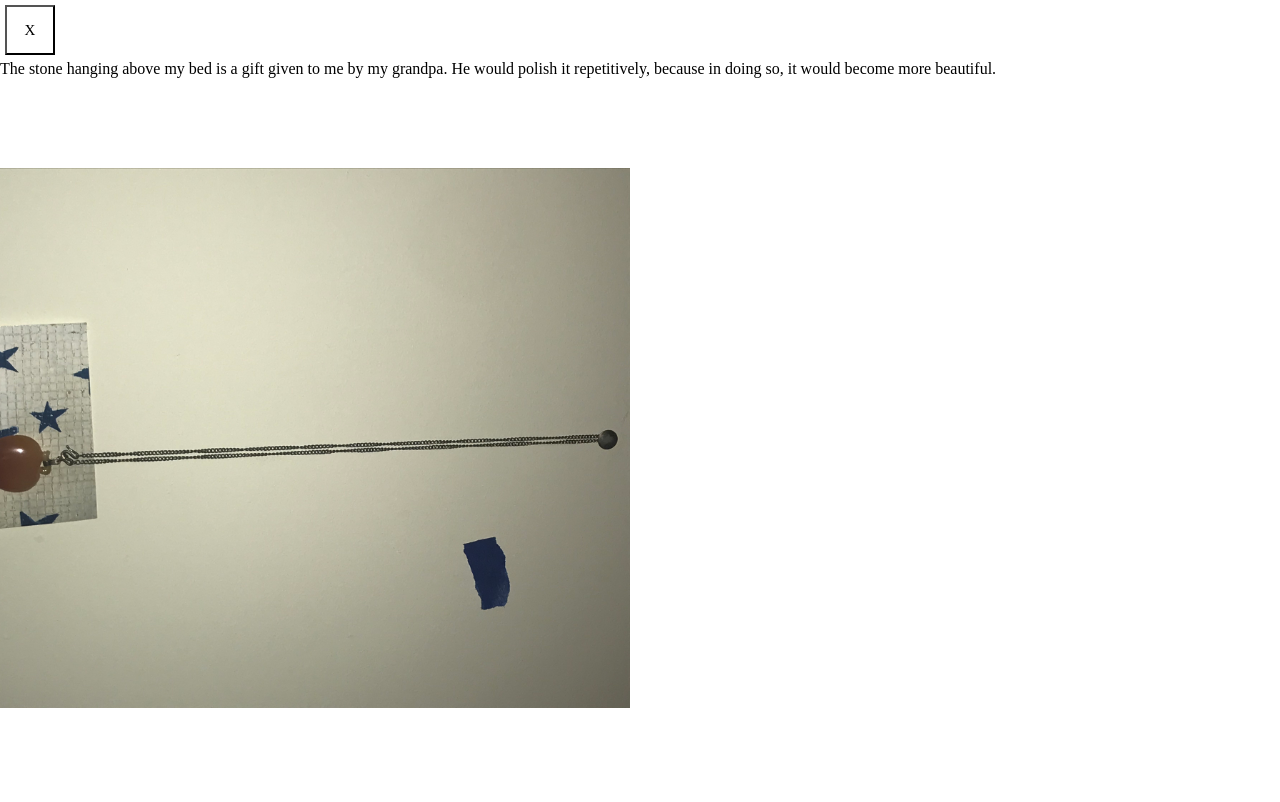
Repository: xuc009/assignment-4
Page: what.html
An editor plug-in stored every save of this project. The page is shown before and after the next save, followed by the edit.
The browser window is 1280 px wide. The pictures show the whole page.

Above is the page before, as saved 2019-12-11 16:19:09.
Console error: TypeError: Cannot read properties of null (reading 'addEventListener')

### what.html
<!DOCTYPE html>
<html>
<head>
	<meta charset="utf-8">
	<meta name="viewport" content="width=device-width, initial-scale=1, minimum-scale=1.0, user-scalable=no">
	<title>thing above my bed</title>
	<link rel="stylesheet" type="text/css" href="assets/style.css">
	<script type="text/javascript" src="assets/storageAvailable.js"></script>
	<script type="text/javascript" src="assets/script2.js"></script>
	<script src="assets/timeme.min.js"></script>

</head>
<body>

	<a href="index.html"><button id="question">X</button>
	</a>

	<div id="description">
		<p>The stone hanging above my bed is a gift given to me by my grandpa. He would polish it repetitively, because in doing so, it would become more beautiful. </p>
	</div>

	<img src="assets/stone.jpg">

</body>
</html>

### assets/style.css
*{
	padding: 0;
	margin: 0;
}

#root{
	background-color: magenta;
	width: 100vw;
	height: 100vh;
	position: absolute;
	top: 50%;
	left: 50%;
	transform: translate(-50%, -50%);
	z-index: 9;
}

#background{
	height: 100vh;
	width: 100vw;
	background-color: magenta;
	z-index: -4;
}

#question{
	background-color: white;
	width: 50px;
	height: 50px;
	z-index: 10;
	color: black;
	font-family: 'Times New Roman', Times, serif;
	font-size: 15px;
	margin: 5px;
}

img{
	height: 100vh;
	transform: rotate(90deg);
}

#description{
}

### assets/storageAvailable.js
function storageAvailable(type) {
    var storage;
    try {
        storage = window[type];
        var x = '__storage_test__';
        storage.setItem(x, x);
        storage.removeItem(x);
        return true;
    }
    catch(e) {
        return e instanceof DOMException && (
            // everything except Firefox
            e.code === 22 ||
            // Firefox
            e.code === 1014 ||
            // test name field too, because code might not be present
            // everything except Firefox
            e.name === 'QuotaExceededError' ||
            // Firefox
            e.name === 'NS_ERROR_DOM_QUOTA_REACHED') &&
            // acknowledge QuotaExceededError only if there's something already stored
            (storage && storage.length !== 0);
    }
}

### assets/script2.js
console.log("local storage demo file");

var checkForItems = function () {
	if (!storageAvailable('localStorage')) { return; } // if we can use localStorage, don't return


	if (localStorage.getItem('background')) {
		// if item exists:
		console.log("yes!")
		var newColor = localStorage.getItem('background');
		// convert item?

		// apply item data to site:
		document.getElementById("root").style.backgroundColor = newColor;

	}
	else {
		console.log("no");
	}

	if (localStorage.getItem("count")) {
		count = parseInt(localStorage.getItem("count"));

		// update the css of the stone for wherever it was left off

	}

	if (localStorage.getItem("size")) {
		var size = localStorage.getItem("size");
		size = parseInt(size);

		// update the css of the stone for wherever it was left off
		document.getElementById("root").style.height = `${size}px`;
		document.getElementById("root").style.width = `${size}px`;
	}

	if (localStorage.getItem("borderRadius")) {
		var borderRadius = parseInt(localStorage.getItem("borderRadius"));
		// update the css of the stone for wherever it was left off
		document.getElementById("root").style.borderRadius = `${borderRadius}%`;
	}

	if (localStorage.getItem("width")){
		var width = parseInt(localStorage.getItem("width"));
		console.log("yes width");
		// update the css of the stone for wherever it was left off
		document.getElementById("root").style.width = `${width}px`;
	}

	if (localStorage.getItem("height")){
		var width = parseInt(localStorage.getItem("height"));
		console.log("yes height");
		// update the css of the stone for wherever it was left off
		document.getElementById("root").style.height = `${width}px`;
	}
}



// var saveUserInfo = function(){


// 	})

// 	TimeMe.initialize({
// 		currentPageName: "my-home-page", // current page
// 		idleTimeoutInSeconds: 30 // seconds
// 		});

// 		// ... Some time later ...

// 		// Retrieve time spent on current page
// 		var timeSpentOnPage = TimeMe.getTimeOnCurrentPageInSeconds();
// 		console.log("time:", timeSpentOnPage);

// 		TimeMe.callAfterTimeElapsedInSeconds(15, function(){
// 			console.log("The user has been actively using the page for 15 seconds! Let's prompt them with something.");

// 			newRed=255;
// 			newBlue=0;
// 			newGreen=0;

// 			var newColor = `rgb(${newRed}, ${newGreen}, ${newBlue})`
// 			localStorage.setItem('background', newColor);
// 			document.getElementById("root").style.backgroundColor= newColor;
// 		});

// }


// once content has been loaded
window.addEventListener('DOMContentLoaded', function () {
	checkForItems();
	// saveUserInfo(); // run saving user info
	stoneInteraction();
});



var red, blue, green, borderRadius;

//here:
// update count variable based off of localstorage item



var count = 0;
count = parseInt(count);

var colorChange = function (){

	var myDiv = document.getElementById("root");
	var goingup = true;
	var greenGoingup = true;
	var blueGoingup = true;

	myDiv.addEventListener('mousemove', function () {
		var currentColor = myDiv.style.backgroundColor;
		console.log(myDiv.style.backgroundColor);

		currentColor = currentColor.substring(4, currentColor.length - 1)
			.replace(/ /g, '')
			.split(',');

		console.log("current color:", currentColor);

		var red = currentColor[0];
		red = parseInt(red);
		var green = currentColor[1];
		green = parseInt(green);
		var blue = currentColor[2];
		blue = parseInt(blue);


		//var newRed = red + 1;
		var newGreen = green - 2;
		var newBlue = blue + 1;



		//RED
		if (goingup === true) {
			newRed = red + 2;
			console.log("going up", newRed)
			console.log (goingup)
			if (red >= 255) {
				goingup = false
			}
		} else {
			newRed = red - 2;
			if (red <= 0) {
				goingup = true;
			}
		}
		//GREEN
		if (greenGoingup === true) {
			newGreen = green + 6;
			if (green >= 255) {
				greenGoingup = false
			}
		} else {
			newGreen = green - 6;
			if (green <= 0) {
				greenGoingup = true;
			}
		}
		//BLUE
		if (blueGoingup === true) {
			newGreen = blue + 9;
			// console.log("going up", newRed)
			if (blue >= 255) {
				blueGoingup = false
			}
		} else {
			newBlue = blue - 9;
			// console.log("going down", newRed)
			if (blue <= 0) {
				blueGoingup = true;
			}
		}

		var newColor = `rgb(${newRed}, ${newGreen}, ${newBlue})`


		// save or overwrite item:
		localStorage.setItem('background', newColor);


		// update site:
		myDiv.style.backgroundColor = newColor;

	})

}

var stoneInteraction = function () {

	var myDiv = document.getElementById("root");

	myDiv.addEventListener("mouseenter", function () {

		count++;
		localStorage.setItem('count', count);
		console.log("count:", count);

		if (count > 0 && count <= 200) {
			colorChange();
		}else if (count > 200 && count <= 400) {
			//DECREASE TO SQUARE
				myDiv.addEventListener("mouseover", function () {
					var currentSize = myDiv.offsetWidth;
					currentSize = parseInt(currentSize);
					console.log("current size:", currentSize);
					var newSize = currentSize - .5;
					console.log("NEW size:", newSize)
					// save or overwrite item:
					localStorage.setItem('size', newSize);

					// update site:
					myDiv.style.height = `${newSize}px`;
					myDiv.style.width = `${newSize}px`;
				})

		} else if (count >= 400 && count < 800){
			//ROUND UNTIL CIRCULAR
			var newBorderRadius = (count / 100) * 5 + "%";
			console.log("border radius:", myDiv.style.borderRadius);
			localStorage.setItem('borderRadius', newBorderRadius);
			myDiv.style.borderRadius = newBorderRadius;

		} else if (count >= 800 && count < 1500) {
			//lengthen and flatten until line
			localStorage.setItem('borderRadius', 50 + "%");
			var newWidth = myDiv.offsetWidth + (count/50) + "px";
			var newHeight = myDiv.offsetHeight - (count/150) + "px";
			myDiv.style.width = `${newWidth}`;
			myDiv.style.height = `${newHeight}`;
			console.log(newHeight);
			localStorage.setItem(`height`, newHeight);
			localStorage.setItem('width', newWidth);
		} else if (count >= 1500 && count < 4000) {
			//line sinks
			var background = document.getElementById("background");
			background.style.backgroundColor=red;
			localStorage.setItem(`height`, 10 +"px");
			localStorage.setItem(`width`, 10 +"px");
			var newTopPosition = myDiv.offsetTop + 10 + "px";
			console.log("top",myDiv.offsetTop);
			myDiv.style.top = newTopPosition;
			localStorage.setItem('topPositon', newTopPosition);
		} else if (count >= 4000 && count < 5000)
			//line refils with a background interaction??
			localStorage.setItem("width", 100 +"vw");
			var newHeightLarge =myDiv.offsetHeight + 10 + "px";
			myDiv.style.height= newHeightLarge;
		})
	}

Loaded but not shown: assets/timeme.min.js (library)

After the next save:
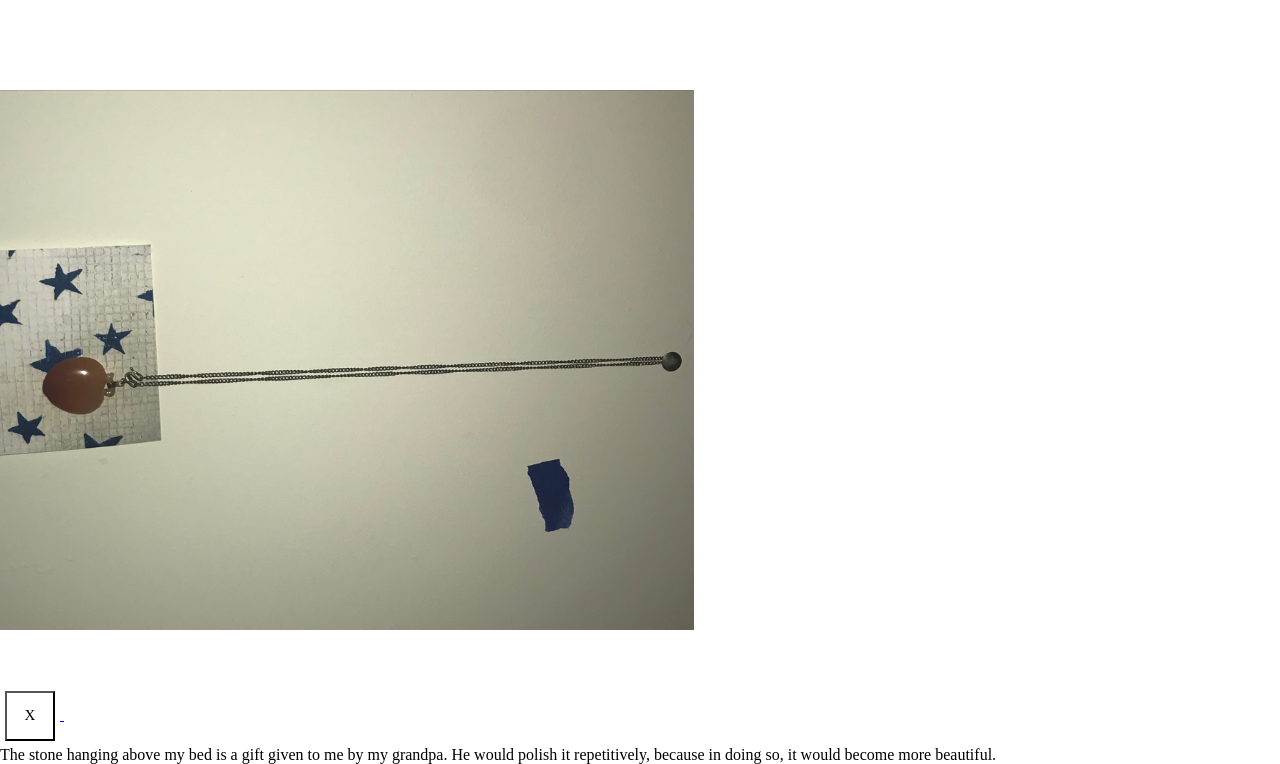
Saved 5 s later.
--- a/what.html
+++ b/what.html
@@ -14,12 +14,12 @@
 
 	<a href="index.html"><button id="question">X</button>
 	</a>
-
+	<img src="assets/stone.jpg">
 	<div id="description">
 		<p>The stone hanging above my bed is a gift given to me by my grandpa. He would polish it repetitively, because in doing so, it would become more beautiful. </p>
 	</div>
 
-	<img src="assets/stone.jpg">
+
 
 </body>
 </html>

After the save that followed:
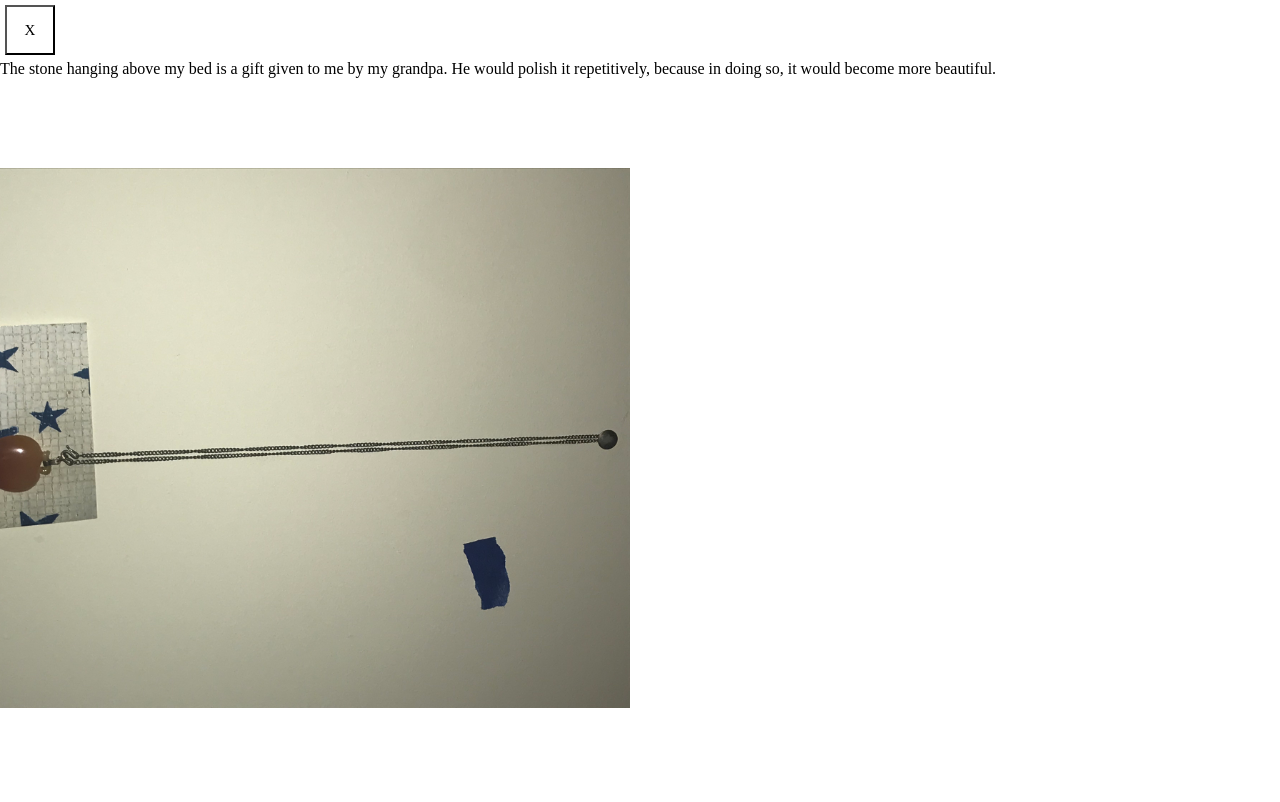
Saved 9 s later.
--- a/what.html
+++ b/what.html
@@ -14,12 +14,12 @@
 
 	<a href="index.html"><button id="question">X</button>
 	</a>
-	<img src="assets/stone.jpg">
+
 	<div id="description">
 		<p>The stone hanging above my bed is a gift given to me by my grandpa. He would polish it repetitively, because in doing so, it would become more beautiful. </p>
 	</div>
 
-
+	<img src="assets/stone.jpg">
 
 </body>
 </html>
